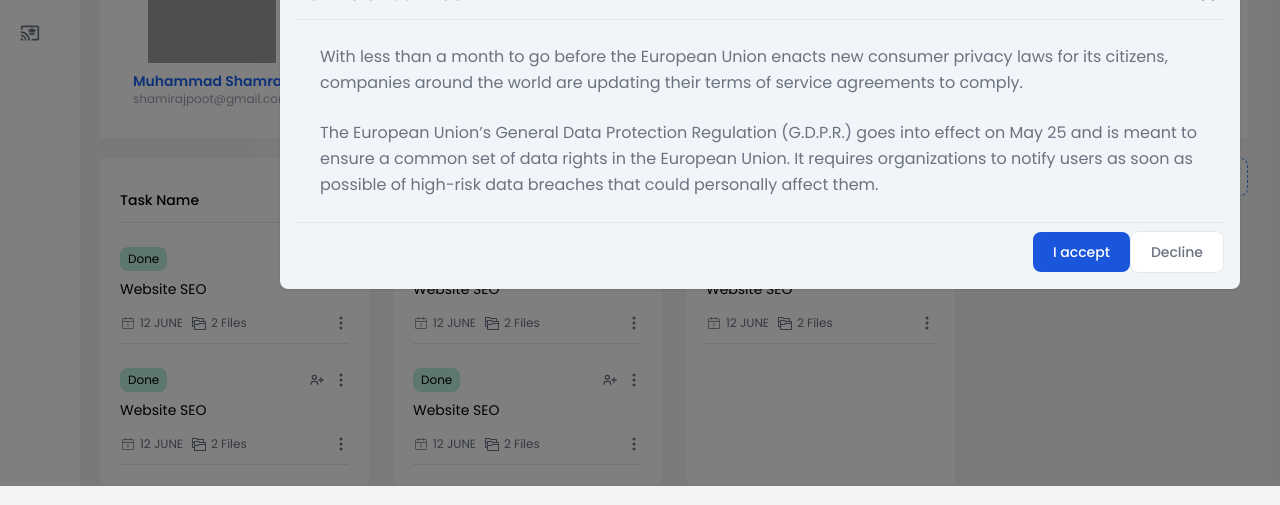
Repository: Shamraiz761/Frontend-Assessment
Page: /, after clicking the first element matching `button.bg-white`
The author's editor kept a copy of each file at every save. The page is drawn from the files as they stood at one save, then again after the next save.
The browser window is 1280 px wide. The pictures show the part of the page from y = 234 to 739 px (the page is 739 px tall).
Pictures or frames that could not be fetched are drawn as grey boxes. The project was rebuilt for these pictures with package versions that can differ from the ones it lists, and the page was loaded fresh each time. Also part of the build but not shown: vite.config.js. Imported but missing from the stored project, and not drawn on this page: src/pages/auth/login.

Above is the page before, as saved 2023-06-09 13:03:26.

### src/main.jsx
import ReactDOM from 'react-dom/client'

import React from 'react'

import App from './App.jsx'
import './index.css'

ReactDOM.createRoot(document.getElementById('root')).render(
  <React.StrictMode>
    <App />
  </React.StrictMode>,
)

### src/App.jsx
import React from 'react'
import { DndProvider } from 'react-dnd'
import { HTML5Backend } from 'react-dnd-html5-backend'
import 'flowbite'

import AppRoutes from './routes'

export default function App() {
  return (
    <DndProvider backend={HTML5Backend}>
      <AppRoutes />
    </DndProvider>
  )
}

### src/index.css
@import url("https://fonts.googleapis.com/css2?family=Poppins:wght@400;500;600;700;800;900&display=swap");

@tailwind base;
@tailwind components;
@tailwind utilities;

* {
  margin: 0;
  padding: 0;
}

body {
  margin: 0;
  font-family: "Poppins", -apple-system, BlinkMacSystemFont, "Segoe UI",
    "Roboto", "Oxygen", "Ubuntu", "Cantarell", "Fira Sans", "Droid Sans",
    "Helvetica Neue", sans-serif;
  -webkit-font-smoothing: antialiased;
  -moz-osx-font-smoothing: grayscale;
  width: 100vw;
  overflow-x: hidden;
  background-color: #f2f5f3;
  /* background: linear-gradient(180deg, #faefe8 0%, #edc7ac 100%); */
}

code {
  font-family: source-code-pro, Menlo, Monaco, Consolas, "Courier New",
    monospace;
}

.pointer-cursor {
  cursor: pointer;
}

.cusBorder {
  border: 1px solid #000;
  border-radius: 5px;
}

img {
  cursor: pointer;
}
.errors {
  color: #dc3545;
  padding: 0;
  margin: 0;
  font-size: 12px;
}
.loader {
  position: fixed;
  top: 0;
  bottom: 0;
  left: 0;
  right: 0;
  background-color: rgba(47, 151, 161, 0.32);

  display: flex;
  justify-content: center;
  align-items: center;
}

.link {
  color: #000;
  cursor: pointer;
  text-decoration: none;
}
.link:hover {
  color: #000;
}

.trans-btn {
  background-color: transparent;
  border: none;
}
.profile-logout-btn {
  border: 0;
}
.profile-logout-btn:hover {
  border: 0;
}
.profile-btn {
  border-radius: 0;
  border: 0;
}
.logout-btn {
  border-radius: 0;
  border: 0;
}
.logout-btn:hover {
  background-color: rgba(220, 53, 69, 0.5);
  border: 0;
  color: #fff;
}
.breadcrumbs ul {
  list-style: none;
  display: inline-block;
}

.breadcrumbs ul li {
  display: inline;
}

.breadcrumbs ul li .bc-link {
  /* display: block; */
  width: max-content;
  background-color: #f8f9fa;
  padding: 6px 15px 6px 25px;
  text-align: center;
  position: relative;
  margin: 0 10px 0 0;
  font-size: 15px;
  text-decoration: none;
  color: #000;
}
.breadcrumbs ul li .bc-link::after {
  content: "";
  border-top: 17px solid transparent;
  border-bottom: 17px solid transparent;
  border-left: 17px solid #f8f9fa;
  position: absolute;
  top: 0;
  right: -17px;
  z-index: 1;
}
.breadcrumbs ul li .bc-link::before {
  content: "";
  border-top: 17px solid transparent;
  border-bottom: 17px solid transparent;
  border-left: 17px solid #71cdd5;
  position: absolute;
  top: 0;
  left: 0;
}
.breadcrumbs ul li:first-child .bc-link {
  border-top-left-radius: 5px;
  border-bottom-left-radius: 5px;
}
.breadcrumbs ul li:first-child .bc-link::before {
  display: none;
}

.breadcrumbs ul li:last-child .bc-link {
  padding-right: 20px;
  border-top-right-radius: 5px;
  border-bottom-right-radius: 5px;
}
.breadcrumbs ul li:last-child .bc-link::after {
  display: none;
}

@media screen and (max-width: 500px) {
  .breadcrumbs ul li .bc-link {
    /* display: block; */
    padding: 2px 2px 2px 13px;
    /* margin: 0 10px 0 0; */
    font-size: 14px;
  }

  .breadcrumbs ul li .bc-link::after {
    content: "";
    border-top: 11.6px solid transparent;
    border-bottom: 11.6px solid transparent;
    border-left: 11.6px solid #f8f9fa;
    position: absolute;
    top: 0;
    right: -11.6px;
    z-index: 1;
  }
  .breadcrumbs ul li .bc-link::before {
    content: "";
    border-top: 11.6px solid transparent;
    border-bottom: 11.6px solid transparent;
    border-left: 11.6px solid #71cdd5;
    position: absolute;
    top: 0;
    left: 0;
  }
  .breadcrumbs ul li:last-child .bc-link {
    padding-right: 5px;
  }
}

@media screen and (max-width: 350px) {
  .breadcrumbs ul li .bc-link {
    /* display: block; */
    padding: 2px 2px 2px 12px;
    /* margin: 0 10px 0 0; */
    font-size: 10px;
  }

  .breadcrumbs ul li .bc-link::after {
    content: "";
    border-top: 9px solid transparent;
    border-bottom: 9px solid transparent;
    border-left: 9px solid #f8f9fa;
    position: absolute;
    top: 0;
    right: -9px;
    z-index: 1;
  }
  .breadcrumbs ul li .bc-link::before {
    content: "";
    border-top: 9px solid transparent;
    border-bottom: 9px solid transparent;
    border-left: 9px solid #edc7ac;
    position: absolute;
    top: 0;
    left: 0;
  }
  .breadcrumbs ul li:last-child .bc-link {
    padding-right: 5px;
  }
}

/* ********************************************** */

### src/routes/index.jsx
import {
  createBrowserRouter,
  createRoutesFromElements,
  RouterProvider,
  Route,
} from "react-router-dom";

import * as React from "react";

import Layout from "./layout";
import Root from "./root";

import Home from "../pages/dashboard";
import Login from "../pages/auth/login";
import Header from "../components/header/index";

export default function AppRoutes() {
  const router = createBrowserRouter(
    createRoutesFromElements(
      <Route path="/" element={<Root />}>
        <Route path="/login" element={<Login />} />

        <Route element={<Layout />}>
          <Route path="/" element={<Home />} />
        </Route>
      </Route>
    )
  );

  return <RouterProvider router={router} />;
}

### src/routes/layout.jsx
import { Link, Outlet, useNavigate } from "react-router-dom";
import { Gi3DGlasses } from "react-icons/gi";
import { CgProfile } from "react-icons/cg";
import { BsArrowLeft, BsFillChatSquareTextFill } from "react-icons/bs";
import { MdOutlineDashboard, MdOutlineCastForEducation } from "react-icons/md";

import React, { useState } from "react";
import Header from "../components/header/index";

export default function Layout() {
  const [open, setOpen] = useState(false);
  const [type, setType] = useState(false);
  const navigate = useNavigate();
  return (
    <div>
      {/* {loading && <LoadingSpinner asOverlay />} */}
      <div
        className={` h-screen bg-white  p-3 ${
          open ? "w-56" : "w-20"
        } fixed top-0 sidebar z-50`}
      >
        {/* Logo */}

        <div className="flex flex-row justify-center">
          <svg
            width="67"
            height="67"
            viewBox="0 0 67 67"
            fill="none"
            xmlns="http://www.w3.org/2000/svg"
            className={` text-4xl block float-left cursor-pointer rounded duration-500 ${
              !open && "rotate-[360deg]"
            }`}
            onClick={() => {
              setOpen(!open);
              setType(false);
            }}
          >
            <path
              d="M22.138 15.2984L30.8759 24.0363C32.3276 25.488 34.7005 25.488 36.1522 24.0363L44.8901 15.2984C47.2351 12.9534 45.588 8.90552 42.238 8.90552H24.7622C21.4401 8.90552 19.7651 12.9534 22.138 15.2984Z"
              fill="#208FF5"
            />
            <path
              d="M22.138 51.7017L30.8759 42.9637C32.3276 41.5121 34.7005 41.5121 36.1522 42.9637L44.8901 51.7017C47.2351 54.0467 45.588 58.0946 42.238 58.0946H24.7622C21.4401 58.0946 19.7651 54.0467 22.138 51.7017Z"
              fill="#208FF5"
            />
            <path
              d="M6.03002 31.9088L12.423 21.8588C13.428 20.2676 15.6614 20.0163 17.0014 21.3563L27.0514 31.4063C28.1959 32.5509 28.1959 34.4213 27.0514 35.5659L17.0014 45.6159C15.6614 46.9559 13.456 46.7047 12.423 45.1134L6.03002 35.0634C5.44377 34.1142 5.44377 32.8859 6.03002 31.9088Z"
              fill="#208FF5"
            />
            <path
              d="M60.9701 31.9088L54.5771 21.8588C53.5721 20.2676 51.3387 20.0163 49.9987 21.3563L39.9488 31.4063C38.8042 32.5509 38.8042 34.4213 39.9488 35.5659L49.9987 45.6159C51.3387 46.9559 53.5442 46.7047 54.5771 45.1134L60.9701 35.0634C61.5563 34.1142 61.5563 32.8859 60.9701 31.9088Z"
              fill="#208FF5"
            />
          </svg>
        </div>

        {/* Search */}

        <ul className="pt-2">
          {/* Dashboard */}
          <Link
            to="/"
            className={` rounded-md text-gray-500  text-xs flex items-center gap-x-4 cursor-pointer hover:bg-gray-50 hover:text-blue-500 py-4 p-2`}
          >
            <span className="text-xl block float-left">
              <MdOutlineDashboard />
            </span>
            <span
              className={` text-sm font-md flex-1
          ${!open && "hidden"}`}
            >
              Marketplace
            </span>
          </Link>

          <Link
            className={` rounded-md text-gray-500  text-xs flex items-center gap-x-4 cursor-pointer hover:bg-gray-50 hover:text-blue-500 py-4 p-2`}
            to="/profile"
          >
            <span className="text-xl block float-left">
              <CgProfile />
            </span>
            <span
              className={` text-xs font-md flex-1
          ${!open && "hidden"}`}
            >
              Profile
            </span>
          </Link>

          {/* Lens */}
          <Link
            className={` rounded-md text-gray-500  text-xs flex items-center gap-x-4 cursor-pointer hover:bg-gray-50 hover:text-blue-500 py-4 p-2`}
            to="/chat"
          >
            <span className="text-lg block float-left">
              <BsFillChatSquareTextFill />
            </span>
            <span
              className={` text-xs font-md flex-1
          ${!open && "hidden"}`}
            >
              Chat
            </span>
          </Link>

          {/* Orders */}
          <Link
            className={` rounded-md text-gray-500  text-xs flex items-center gap-x-4 cursor-pointer hover:bg-gray-50 hover:text-blue-500 py-4 p-2`}
            to="/education"
          >
            <span className="text-xl block float-left">
              <MdOutlineCastForEducation />
            </span>
            <span
              className={` text-xs font-md flex-1
          ${!open && "hidden"}`}
            >
              Education
            </span>
          </Link>
        </ul>
      </div>
      <div className={` ${open ? "ml-56" : "ml-20"}`}>
        <Header />
        <Outlet />
      </div>
    </div>
  );
}

### src/routes/root.jsx
import { Outlet } from 'react-router-dom'

import React from 'react'

export default function Root() {
    return (
        <Outlet />
    )
}

### src/pages/Dashboard/index.jsx
import { AiOutlinePlusCircle } from "react-icons/ai";
import { BsThreeDotsVertical } from "react-icons/bs";

import React, { useState } from "react";

import "./index.css";
import Profile from "../../components/dashboard/profile";
import Card from "../../components/dashboard/card";

function Home() {
  const [isModalOpen, setIsModalOpen] = useState(false);

  const toggleModal = () => {
    setIsModalOpen(!isModalOpen);
  };

  return (
    <div className="mr-3">
      <Profile />
      <div className="m-5 grid grid-cols-1 sm:grid-cols-2 md:grid-cols-3 lg:grid-cols-4 gap-6 ">
        <div className="bg-white p-5 rounded-md">
          <div className="flex flex-row justify-between py-3 border-b">
            <div className="text-sm font-medium">Task Name</div>
            <div className="flex flex-row text-gray-500">
              <AiOutlinePlusCircle className="mr-2" />
              <BsThreeDotsVertical />
            </div>
          </div>
          <Card />
          <Card />
        </div>
        <div className="bg-white p-5 rounded-md">
          <div className="flex flex-row justify-between py-3 border-b">
            <div className="text-sm font-medium">Task Name</div>
            <div className="flex flex-row text-gray-500">
              <AiOutlinePlusCircle className="mr-2" />
              <BsThreeDotsVertical />
            </div>
          </div>
          <Card />
          <Card />
        </div>
        <div className="bg-white p-5 rounded-md">
          <div className="flex flex-row justify-between py-3 border-b">
            <div className="text-sm font-medium">Task Name</div>
            <div className="flex flex-row text-gray-500">
              <AiOutlinePlusCircle className="mr-2" />
              <BsThreeDotsVertical />
            </div>
          </div>
          <Card />
        </div>

        <div>
          <button
            onClick={toggleModal}
            className="bg-white flex flex-row justify-center text-blue-500 rounded-lg border border-dashed border-blue-500 px-2 py-2 text-sm w-full"
            type="button"
          >
            <AiOutlinePlusCircle className="mr-2 mt-1" />
            <h1>Add List</h1>
          </button>
          {isModalOpen && (
            <div className="fixed  top-0 left-0 right-0 bottom-0 z-50   bg-opacity-50 bg-black">
              <div className="  min-h-screen flex items-center justify-center ">
                <div className="absolute w-9/12 ml-60 bg-slate-100 rounded-lg shadow p-4">
                  {/* Modal header */}
                  <div className="flex items-start justify-between border-b pb-2">
                    <h3 className="text-xl font-semibold">Terms of Service</h3>
                    <button
                      onClick={toggleModal}
                      className="text-gray-400 bg-transparent hover:bg-gray-200 hover:text-gray-900 rounded-lg p-1.5 ml-auto inline-flex items-center"
                    >
                      <svg
                        aria-hidden="true"
                        className="w-5 h-5"
                        fill="currentColor"
                        viewBox="0 0 20 20"
                        xmlns="http://www.w3.org/2000/svg"
                      >
                        <path
                          fillRule="evenodd"
                          d="M4.293 4.293a1 1 0 011.414 0L10 8.586l4.293-4.293a1 1 0 111.414 1.414L11.414 10l4.293 4.293a1 1 0 01-1.414 1.414L10 11.414l-4.293 4.293a1 1 0 01-1.414-1.414L8.586 10 4.293 5.707a1 1 0 010-1.414z"
                          clipRule="evenodd"
                        />
                      </svg>
                      <span className="sr-only">Close modal</span>
                    </button>
                  </div>
                  {/* Modal body */}
                  <div className="p-6 space-y-6">
                    <p className="text-base leading-relaxed text-gray-500">
                      With less than a month to go before the European Union
                      enacts new consumer privacy laws for its citizens,
                      companies around the world are updating their terms of
                      service agreements to comply.
                    </p>
                    <p className="text-base leading-relaxed text-gray-500">
                      The European Union’s General Data Protection Regulation
                      (G.D.P.R.) goes into effect on May 25 and is meant to
                      ensure a common set of data rights in the European Union.
                      It requires organizations to notify users as soon as
                      possible of high-risk data breaches that could personally
                      affect them.
                    </p>
                  </div>
                  {/* Modal footer */}
                  <div className="flex items-center justify-end border-t pt-2">
                    <button
                      onClick={toggleModal}
                      type="button"
                      className="text-white bg-blue-700 hover:bg-blue-800 focus:ring-4 focus:outline-none focus:ring-blue-300 font-medium rounded-lg text-sm px-5 py-2.5"
                    >
                      I accept
                    </button>
                    <button
                      onClick={toggleModal}
                      type="button"
                      className="text-gray-500 bg-white hover:bg-gray-100 focus:ring-4 focus:outline-none focus:ring-blue-300 rounded-lg border border-gray-200 text-sm font-medium px-5 py-2.5 hover:text-gray-900"
                    >
                      Decline
                    </button>
                  </div>
                </div>
              </div>
            </div>
          )}
        </div>
      </div>
    </div>
  );
}
export default Home;

### src/components/header/index.jsx
import { IoIosNotifications } from "react-icons/io";

import React from "react";
import { CgProfile } from "react-icons/cg";

function Header() {
  return (
    <div>
      {/* component */}
      <nav className=" bg-white w-full flex relative justify-between items-center mx-auto px-8 py-4 h-16">
        {/* search bar */}
        <div className="hidden sm:block flex-shrink flex-grow-0 justify-start px-2">
          <div className="inline-block">
            <div className="inline-flex items-center max-w-full">
              <input
                className="flex items-center text-gray-400 bg-slate-50 justify-between  flex-grow-0  relative w-72 border rounded-lg  py-1"
                type="search"
                placeholder="Search"
              />

              <div className="flex items-center justify-center relative  h-8 w-24 rounded-full"></div>
            </div>
          </div>
        </div>

        <div className="flex-initial">
          <div className="flex justify-end items-center relative">
            <div className="block">
              <div className="inline relative sm:flex sm:flex-row sm:justify-center">
                <button
                  type="button"
                  className="inline-flex items-center relative px-2  rounded-full hover:shadow-lg"
                >
                  <IoIosNotifications className="text-gray-400 text-xl" />
                </button>
                <button
                  type="button"
                  className="inline-flex items-center relative px-2  rounded-full hover:shadow-lg"
                >
                  <CgProfile className="text-gray-400 text-xl" />
                </button>
              </div>
            </div>
          </div>
        </div>
        {/* end login */}
      </nav>
    </div>
  );
}

export default Header;

### src/pages/Dashboard/index.css
.dashboard-cover-iamge{
    background: url("../../assets/images/dashboard-back.png");
    background-position: center;
    background-repeat: no-repeat;
    background-size: cover;

}

### src/components/dashboard/profile.jsx
import profile from "../../assets/images/Ellipse 1631.png";

import React from "react";

function Profile() {
  return (
    <div className="m-5  w-[11/12] md:h-72 h-[360px]  bg-white">
      <div className="dashboard-cover-iamge h-[150px]  w-[100%]"></div>
      <div className="grid lg:grid-cols-2 grid-cols-1 md:grid-cols-2 flex-row justify-between flex-wrap">
        <div className="ml-12">
          <img src={profile} className="h-32 w-32 mt-[-65px]  " />
          <h1 className="text-blue-600 font-semibold text-sm ml-[-15px] mt-2">
            Muhammad Shamraiz
          </h1>
          <p className="text-gray-400 text-xs font-thin ml-[-15px]">
            shamirajpoot@gmail.com
          </p>
        </div>
        <div className="grid my-3 grid-cols-2 lg:grid-cols-4 md:justify-end justify-between mx-8 items-center ">
          <button className="btn border  rounded-full w-24 lg:w-28 m-1  px-4 py-2 bg-blue-600 text-sm  text-white">
            Task
          </button>
          <button className="btn border  rounded-full w-24 lg:w-28 m-1 px-4 py-2 bg-gray-300 text-sm  text-gray-800">
            Order
          </button>
          <button className="btn border  rounded-full w-24 lg:w-28  m-1 px-4 py-2 bg-gray-300 text-sm  text-gray-800">
            Submit
          </button>
          <button className="btn border  rounded-full w-24 lg:w-28 m-1 px-4 py-2 bg-gray-300 text-sm  text-gray-800">
            Payment
          </button>
        </div>
      </div>
    </div>
  );
}

export default Profile;

### src/components/dashboard/card.jsx
import { BiUserPlus } from "react-icons/bi";
import { CiCalendarDate } from "react-icons/ci";
import { VscFileSubmodule } from "react-icons/vsc";
import { BsThreeDotsVertical } from "react-icons/bs";

import React from "react";

function Card() {
  return (
    <div className="border-b py-3">
      <div className="flex flex-row justify-between mt-3 ">
        <span className="bg-green-200 px-2 py-1 rounded-lg text-xs font-thin">
          Done
        </span>
        <div className="flex flex-row text-gray-500 mt-1">
          <BiUserPlus className="mr-2 " />
          <BsThreeDotsVertical />
        </div>
      </div>
      <h1 className="text-sm my-2">Website SEO</h1>

      <div className="flex flex-row justify-between mt-3">
        <div className="flex flex-row">
          <div className="flex flex-row text-gray-500 mt-1">
            <CiCalendarDate className="mr-1" />
            <p className="text-xs font-thin text-gray-500 mr-2">12 JUNE</p>
          </div>
          <div className="flex flex-row text-gray-500 mt-1">
            <VscFileSubmodule className="mr-1" />
            <p className="text-xs font-thin text-gray-500 mr-2">2 Files</p>
          </div>
        </div>
        <div className="flex flex-row text-gray-500 mt-1">
          <BsThreeDotsVertical />
        </div>
      </div>
    </div>
  );
}

export default Card;

### tailwind.config.cjs
const colors = require('tailwindcss/colors');
const defaultTheme = require('tailwindcss/defaultTheme');

module.exports = {
  content: ['./src/**/*.{js,jsx,ts,tsx}', "node_modules/flowbite/**/*.js"],
  theme: {
    extend: {
      colors: {
        // set primary color from figma
        // primary: {
        // },
      },
      fontFamily: {
        poppins: ['Poppins', ...defaultTheme.fontFamily.sans],
      },
      fontSize: {
        xxs: '0.5rem',
      },
    },
  },
  plugins: [
    require('flowbite/plugin')
  ],

};

Loaded but not shown: index.html (common file)

After the next save:
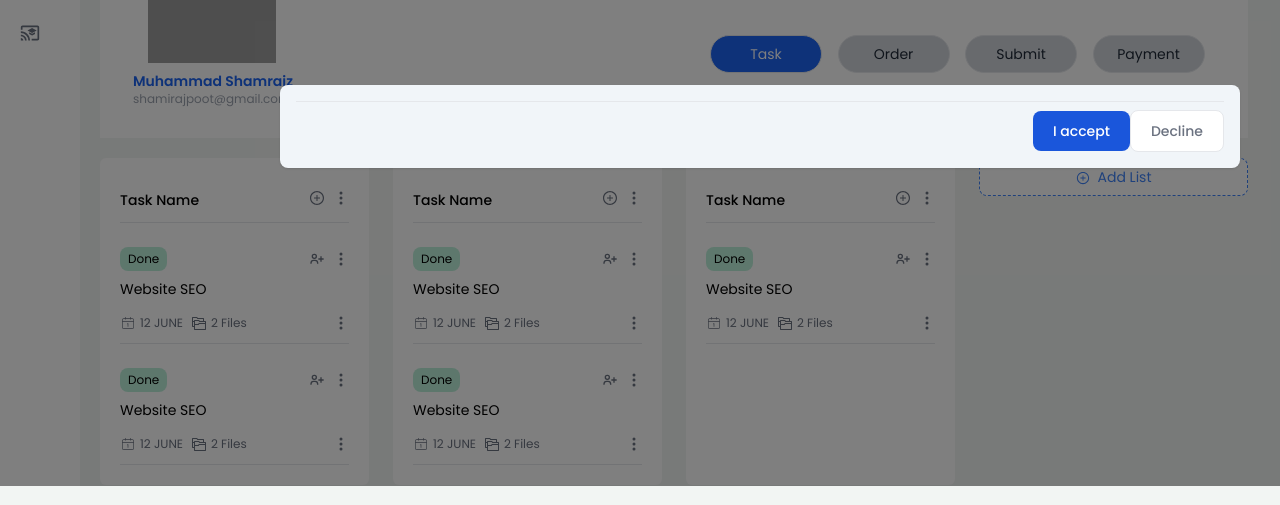
Saved 89 s later.
--- a/src/pages/Dashboard/index.jsx
+++ b/src/pages/Dashboard/index.jsx
@@ -64,46 +64,6 @@ function Home() {
             <div className="fixed  top-0 left-0 right-0 bottom-0 z-50   bg-opacity-50 bg-black">
               <div className="  min-h-screen flex items-center justify-center ">
                 <div className="absolute w-9/12 ml-60 bg-slate-100 rounded-lg shadow p-4">
-                  {/* Modal header */}
-                  <div className="flex items-start justify-between border-b pb-2">
-                    <h3 className="text-xl font-semibold">Terms of Service</h3>
-                    <button
-                      onClick={toggleModal}
-                      className="text-gray-400 bg-transparent hover:bg-gray-200 hover:text-gray-900 rounded-lg p-1.5 ml-auto inline-flex items-center"
-                    >
-                      <svg
-                        aria-hidden="true"
-                        className="w-5 h-5"
-                        fill="currentColor"
-                        viewBox="0 0 20 20"
-                        xmlns="http://www.w3.org/2000/svg"
-                      >
-                        <path
-                          fillRule="evenodd"
-                          d="M4.293 4.293a1 1 0 011.414 0L10 8.586l4.293-4.293a1 1 0 111.414 1.414L11.414 10l4.293 4.293a1 1 0 01-1.414 1.414L10 11.414l-4.293 4.293a1 1 0 01-1.414-1.414L8.586 10 4.293 5.707a1 1 0 010-1.414z"
-                          clipRule="evenodd"
-                        />
-                      </svg>
-                      <span className="sr-only">Close modal</span>
-                    </button>
-                  </div>
-                  {/* Modal body */}
-                  <div className="p-6 space-y-6">
-                    <p className="text-base leading-relaxed text-gray-500">
-                      With less than a month to go before the European Union
-                      enacts new consumer privacy laws for its citizens,
-                      companies around the world are updating their terms of
-                      service agreements to comply.
-                    </p>
-                    <p className="text-base leading-relaxed text-gray-500">
-                      The European Union’s General Data Protection Regulation
-                      (G.D.P.R.) goes into effect on May 25 and is meant to
-                      ensure a common set of data rights in the European Union.
-                      It requires organizations to notify users as soon as
-                      possible of high-risk data breaches that could personally
-                      affect them.
-                    </p>
-                  </div>
                   {/* Modal footer */}
                   <div className="flex items-center justify-end border-t pt-2">
                     <button
